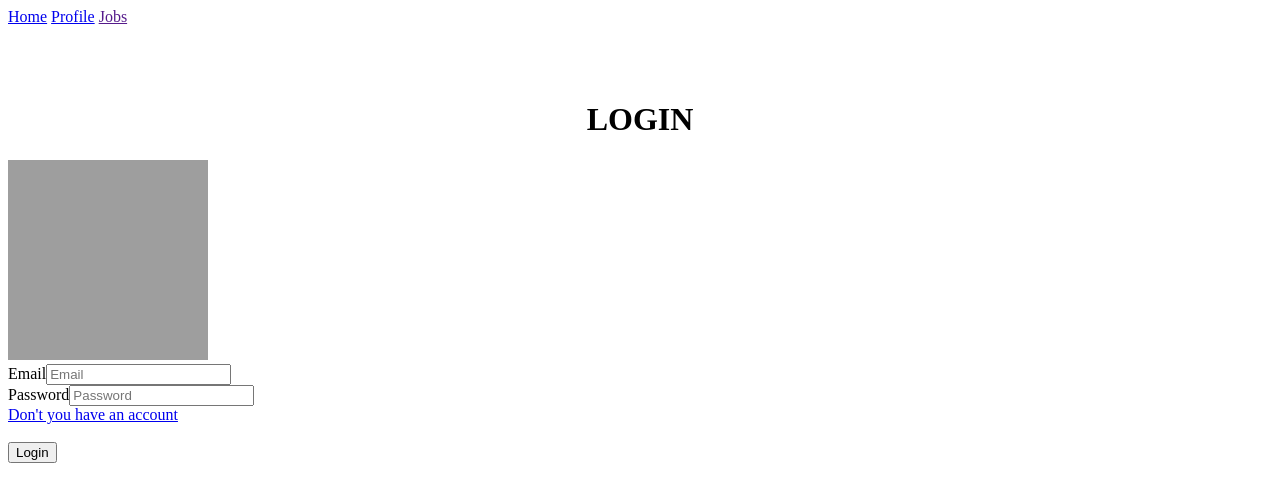
Repository: IT21221064/JobPortal
Page: http://localhost/JobApp/login.jsp
An editor plug-in stored every save of this project. The page is shown before and after the next save, followed by the edit.
The browser window is 1280 px wide. The pictures show the whole page.
Pictures or frames that could not be fetched are drawn as grey boxes. The page is served by Tomcat 9.

Above is the page before, as saved 2023-07-15 18:29:27.

After the next save:
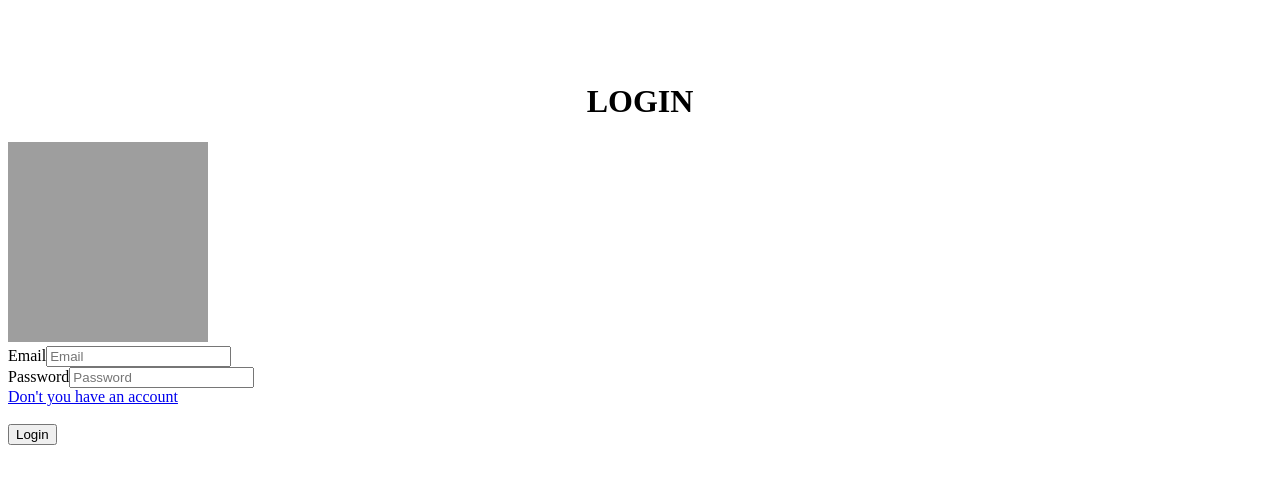
Saved 28 s later.
--- a/Project/JobApp/src/main/webapp/login.jsp
+++ b/Project/JobApp/src/main/webapp/login.jsp
@@ -7,7 +7,7 @@
 <title>Insert title here</title>
 </head>
 <body>
-<%@include file="nav.html" %>
+
 <br /><br /><br />
     <div class="row">
       <div class="col-md-4"></div>
